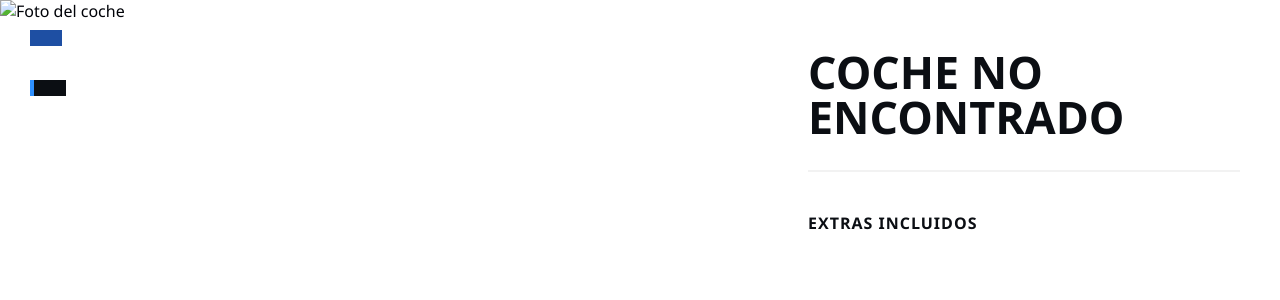
Repository: ikcpt/404-rpm
Page: dev/frontend/base.html
An editor plug-in stored every save of this project. The page is shown before and after the next save, followed by the edit.
The browser window is 1280 px wide. The pictures show the whole page.

Above is the page before, as saved 2026-01-28 08:56:00.

### dev/frontend/base.html
<!doctype html>
<html lang="es">
  <head>
    <meta charset="UTF-8" />
    <meta name="viewport" content="width=device-width, initial-scale=1.0">
    <title>Ficha del coche</title>
    <link rel="stylesheet" href="css/ficha.css" />
    <script src="https://code.jquery.com/jquery-3.7.1.min.js"></script>
    <script src="https://code.jquery.com/ui/1.13.2/jquery-ui.min.js"></script>
  </head>
  <body>
    <main class="ficha">
      <img id="img" alt="Foto del coche" />
      <div id="marca"></div>
      <div id="tipo"></div>

      <div class="contenido-derecha">
        <h1 id="nombre">Cargando...</h1>
        <div id="precio"></div>

        <p id="descripcion"></p>

        <div id="ficha"></div>

        <h3>Extras incluidos</h3>
        <ul id="extras"></ul>
      </div>
    </main>

    <script src="ficha.js"></script>
  </body>
</html>

### dev/frontend/css/ficha.css
:root {
  --color-primario: #1e4fa3;
  --color-secundario: #e10600;
  --color-terciario: #0b0e13;
  --color-contraste: #f2f2f2;
  --color-acento: #2e90ff;
  --color-acento-secundario: #8c0f14;
  --color-blanco: #ffffff;

  --ancho-imagen: 60vw;
  --ancho-contenido: 40vw;
}

* { box-sizing: border-box; margin: 0; padding: 0; }

body {
  font-family: 'Segoe UI', system-ui, sans-serif;
  background-color: var(--color-blanco);
  color: var(--color-terciario);
  height: 100vh;
  width: 100vw;
  overflow: hidden;
}

/* Layout Principal */
.ficha {
  display: flex;
  width: 100%;
  height: 100%;
}

/* Imagen Fija a la Izquierda */
#img {
  width: var(--ancho-imagen);
  height: 100vh;
  object-fit: cover;
  filter: contrast(1.1);
}

/* Badges sobre la imagen */
#marca, #tipo {
  position: fixed;
  z-index: 10;
  left: 30px;
  padding: 8px 16px;
  text-transform: uppercase;
  font-weight: 900;
  font-size: 0.8rem;
  letter-spacing: 1px;
  color: var(--color-blanco);
}
#marca { top: 30px; background-color: var(--color-primario); }
#tipo { top: 80px; background-color: var(--color-terciario); border-left: 4px solid var(--color-acento); }

/* Columna Derecha con Scroll */
.contenido-derecha {
  width: var(--ancho-contenido);
  height: 100vh;
  overflow-y: auto;
  padding: 50px 40px;
  background: var(--color-blanco);
}

/* Tipografía */
h1#nombre {
  font-size: 2.8rem;
  line-height: 1;
  font-weight: 900;
  text-transform: uppercase;
  color: var(--color-terciario);
  margin-bottom: 10px;
}

#precio {
  font-size: 2rem;
  font-weight: 800;
  color: var(--color-secundario);
  margin-bottom: 30px;
  border-bottom: 2px solid var(--color-contraste);
  padding-bottom: 20px;
}

#descripcion {
  font-size: 1rem;
  line-height: 1.6;
  color: #666;
  margin-bottom: 40px;
}

h3 {
  margin-top: 40px;
  margin-bottom: 15px;
  font-size: 1rem;
  text-transform: uppercase;
  letter-spacing: 1px;
}

/* --- ESTILOS JQUERY TABS (BRUTAL DESIGN) --- */

/* Contenedor de Tabs */
#ficha.ui-tabs {
  margin-bottom: 30px;
  border: 1px solid #ddd;
  background: var(--color-contraste);
}

/* La lista de pestañas (nav) */
.ui-tabs-nav {
  display: flex;
  list-style: none;
  background: var(--color-terciario); /* Fondo negro para los tabs */
  padding: 0;
  margin: 0;
}

.ui-tabs-nav li {
  flex: 1; /* Tabs ocupan ancho igual */
  text-align: center;
}

/* Enlaces de las pestañas */
.ui-tabs-nav li a {
  display: block;
  padding: 15px 0;
  text-decoration: none;
  color: #888;
  font-weight: 700;
  text-transform: uppercase;
  font-size: 0.85rem;
  transition: all 0.3s;
  outline: none;
}

/* Pestaña Activa */
.ui-tabs-nav li.ui-tabs-active a {
  color: var(--color-blanco);
  background-color: var(--color-primario); /* Azul activo */
  box-shadow: inset 0 -4px 0 var(--color-acento); /* Línea de acento abajo */
}

/* Paneles de contenido */
.ui-tabs-panel {
  padding: 20px;
  animation: fadeIn 0.3s ease-in-out;
}

/* Filas de datos dentro de los tabs */
.dato-fila {
  display: flex;
  justify-content: space-between;
  padding: 10px 0;
  border-bottom: 1px solid #ddd;
  font-size: 0.95rem;
}
.dato-fila:last-child { border-bottom: none; }
.dato-fila strong { color: var(--color-primario); }

@keyframes fadeIn {
  from { opacity: 0; transform: translateY(5px); }
  to { opacity: 1; transform: translateY(0); }
}

/* --- EXTRAS --- */
#extras {
  list-style: none;
  display: flex;
  flex-wrap: wrap;
  gap: 10px;
  padding-bottom: 50px;
}
#extras li {
  font-size: 0.8rem;
  color: var(--color-terciario);
  border: 1px solid #ccc;
  padding: 6px 14px;
  border-radius: 4px;
  background: var(--color-blanco);
}

### dev/frontend/ficha.js
const id = new URLSearchParams(window.location.search).get('id');

if (!id) {
    document.getElementById('nombre').textContent = "Coche no encontrado";
} else {
    fetch(`api/cars/${id}`)
        .then(r => r.json())
        .then(c => {

            document.getElementById('img').src = c.image;
            document.getElementById('nombre').textContent = c.model;
            document.getElementById('precio').textContent = `${Number(c.price).toLocaleString()} €`;
            document.getElementById('descripcion').textContent = c.description;

            document.getElementById('marca').textContent =
                `${c.brand.name} (${c.brand.country})`;

            document.getElementById('tipo').textContent = c.type;

            // Ficha técnica bonita
            const ficha = document.getElementById('ficha');
            ficha.innerHTML = `
                <div><strong>Marca:</strong> ${c.brand.name}</div>
                <div><strong>Origen:</strong> ${c.brand.country}</div>
                <div><strong>Combustible:</strong> ${c.type}</div>
                <div><strong>Precio:</strong> ${Number(c.price).toLocaleString()} €</div>
            `;

            // Extras
            const extras = document.getElementById('extras');
            extras.innerHTML = '';

            if (c.extras.length) {
                c.extras.forEach(e => {
                    const li = document.createElement('li');
                    li.textContent = `${e.name} – ${e.description}`;
                    extras.appendChild(li);
                });
            } else {
                extras.innerHTML = '<li>Sin extras</li>';
            }

        })
        .catch(() => {
            document.getElementById('nombre').textContent = "Coche no encontrado";
        });
}

After the next save:
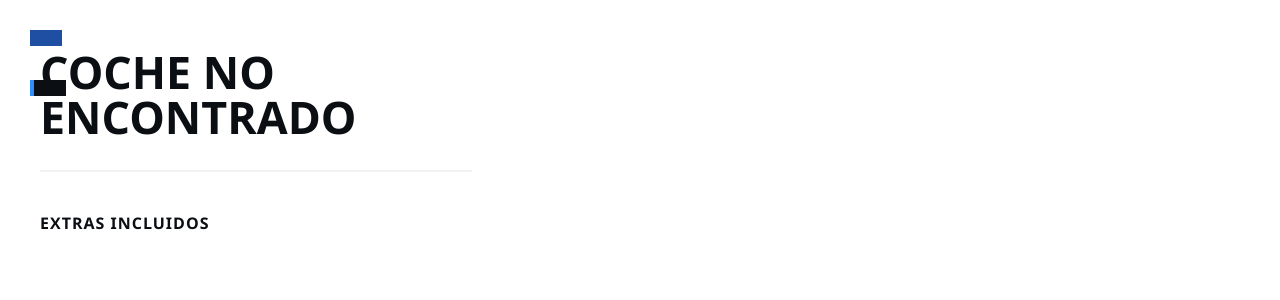
Saved 38 s later.
--- a/dev/frontend/ficha.js
+++ b/dev/frontend/ficha.js
@@ -1,47 +1,93 @@
 const id = new URLSearchParams(window.location.search).get('id');
+
+// Función auxiliar para formatear moneda
+const formatMoney = (amount) => {
+    return Number(amount).toLocaleString('de-DE', { style: 'currency', currency: 'EUR' });
+};
 
 if (!id) {
     document.getElementById('nombre').textContent = "Coche no encontrado";
+    document.getElementById('img').style.display = 'none';
 } else {
+    // Simulamos la API (o usa tu fetch real)
     fetch(`api/cars/${id}`)
         .then(r => r.json())
         .then(c => {
 
+            // 1. Rellenar datos básicos
             document.getElementById('img').src = c.image;
             document.getElementById('nombre').textContent = c.model;
-            document.getElementById('precio').textContent = `${Number(c.price).toLocaleString()} €`;
+            document.getElementById('precio').textContent = formatMoney(c.price);
             document.getElementById('descripcion').textContent = c.description;
 
-            document.getElementById('marca').textContent =
-                `${c.brand.name} (${c.brand.country})`;
-
+            // Badges flotantes
+            document.getElementById('marca').textContent = c.brand.name;
             document.getElementById('tipo').textContent = c.type;
 
-            // Ficha técnica bonita
-            const ficha = document.getElementById('ficha');
-            ficha.innerHTML = `
-                <div><strong>Marca:</strong> ${c.brand.name}</div>
-                <div><strong>Origen:</strong> ${c.brand.country}</div>
-                <div><strong>Combustible:</strong> ${c.type}</div>
-                <div><strong>Precio:</strong> ${Number(c.price).toLocaleString()} €</div>
+            // 2. CONSTRUCCIÓN DE LOS TABS DE JQUERY
+            // jQuery Tabs necesita una estructura específica: <ul> para nav y <div>s para paneles.
+
+            const fichaContainer = document.getElementById('ficha');
+
+            // Creamos el HTML interno dinámicamente
+            // He dividido los datos que pediste en dos tabs para que tenga sentido usar tabs
+            const tabsHTML = `
+                <ul>
+                    <li><a href="#tab-resumen">Resumen</a></li>
+                    <li><a href="#tab-tecnico">Detalles</a></li>
+                </ul>
+
+                <div id="tab-resumen">
+                    <div class="dato-fila">
+                        <strong>Marca</strong>
+                        <span>${c.brand.name}</span>
+                    </div>
+                    <div class="dato-fila">
+                        <strong>Origen</strong>
+                        <span>${c.brand.country}</span>
+                    </div>
+                </div>
+
+                <div id="tab-tecnico">
+                    <div class="dato-fila">
+                        <strong>Combustible</strong>
+                        <span>${c.type}</span>
+                    </div>
+                    <div class="dato-fila">
+                        <strong>Precio Base</strong>
+                        <span>${formatMoney(c.price)}</span>
+                    </div>
+                </div>
             `;
 
-            // Extras
+            // Inyectamos el HTML
+            fichaContainer.innerHTML = tabsHTML;
+
+            // INICIALIZAMOS JQUERY TABS
+            // Es vital hacerlo después de inyectar el HTML
+            $(function() {
+                $("#ficha").tabs();
+            });
+
+            // 3. Extras
             const extras = document.getElementById('extras');
             extras.innerHTML = '';
 
-            if (c.extras.length) {
+            if (c.extras && c.extras.length) {
                 c.extras.forEach(e => {
                     const li = document.createElement('li');
-                    li.textContent = `${e.name} – ${e.description}`;
+                    // Asumiendo que 'e' puede ser un string o un objeto según tu API anterior
+                    const textoExtra = e.name ? `${e.name}` : e;
+                    li.textContent = textoExtra;
                     extras.appendChild(li);
                 });
             } else {
-                extras.innerHTML = '<li>Sin extras</li>';
+                extras.innerHTML = '<li>Sin extras especificados</li>';
             }
 
         })
-        .catch(() => {
-            document.getElementById('nombre').textContent = "Coche no encontrado";
+        .catch(error => {
+            console.error(error);
+            document.getElementById('nombre').textContent = "Error al cargar datos";
         });
 }
